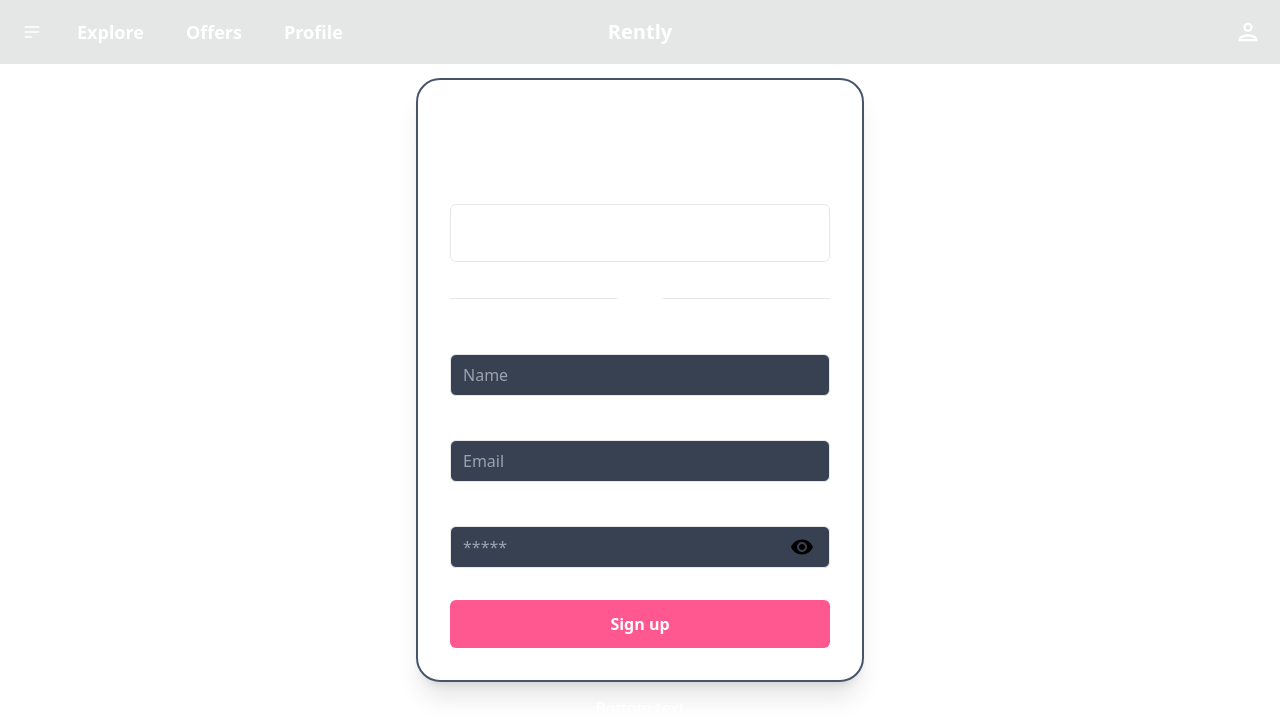
Repository: Vasil1001/rently-reactjs
Page: /register
An editor plug-in stored every save of this project. The page is shown before and after a run of saves, followed by the edit.
The browser window is 1280 px wide. The pictures show the whole page.
The project was rebuilt for these pictures with package versions that can differ from the ones it lists, and the page was loaded fresh each time. Also part of the build but not shown: vite.config.js, src/pages/auth/Login.jsx, src/pages/auth/ForgotPassword.jsx, src/pages/auth/Profile.jsx, src/pages/Explore.jsx, src/pages/Offers.jsx.

Above is the page before, as saved 2023-02-11 23:52:34.

### index.html
<!DOCTYPE html>
<html lang="en">
  <head>
    <meta charset="UTF-8" />
    <link rel="icon" type="image/svg+xml" href="./public/favicon.ico" />
    <meta name="viewport" content="width=device-width, initial-scale=1.0" />
    <title>Rently Marketplace</title>
  </head>
  <body>
    <div id="root"></div>
    <script type="module" src="/src/main.jsx"></script>
  </body>
</html>

### src/App.jsx
import "./index.css";
import Login from "./pages/auth/Login";
import { BrowserRouter as Router, Routes, Route } from "react-router-dom";
import ForgotPassword from "./pages/auth/ForgotPassword";
import Profile from "./pages/auth/Profile";
import Explore from "./pages/Explore";
import Offers from "./pages/Offers";
import Register from "./pages/auth/Register";
import Navbar from "./components/Navbar";
import { ToastContainer } from "react-toastify";
import "react-toastify/dist/ReactToastify.css";
function App() {
  return (
    <>
      <Router>
        <div className="flex flex-col min-h-screen items-center text-white justify-between dark:bg-[#1a1b1e]">
          <Navbar />

          <Routes>
            <Route path="/" element={<Explore />} />
            <Route path="/login" element={<Login />} />
            <Route path="/register" element={<Register />} />
            <Route path="/forgot-password" element={<ForgotPassword />} />
            <Route path="/profile" element={<Profile />} />
            <Route path="/offers" element={<Offers />} />
          </Routes>

          <div>Bottom text</div>
        </div>
      </Router>

      <ToastContainer
        position="top-center"
        autoClose={4500}
        hideProgressBar={false}
        newestOnTop={false}
        closeOnClick
        rtl={false}
        pauseOnFocusLoss
        draggable
        pauseOnHover
        theme="light"
      />
    </>
  );
}

export default App;

### src/index.css
@tailwind base;
@tailwind components;
@tailwind utilities;

body {
    background-color: (60,50,10);
}

### src/pages/auth/Register.jsx
import React, { useState } from "react";
import { Link, useNavigate } from "react-router-dom";
import visibilityIcon from "../../assets/svg/visibilityIcon.svg";
import {
  getAuth,
  createUserWithEmailAndPassword,
  updateProfile,
} from "firebase/auth";
import { db } from "../../firebase.config";
import { setDoc, serverTimestamp } from "firebase/firestore";
import { toast } from 'react-toastify'

export default function Register() {
  const [showPassword, setShowPassword] = useState(false);
  const [formData, setFormData] = useState({
    name: "",
    email: "",
    password: "",
  });
  const { name, email, password } = formData;
  const navigate = useNavigate();
  const onChange = (e) => {
    setFormData(() => ({
      ...formData,
      [e.target.id]: e.target.value,
    }));
  };

  const onSubmit = async (e) => {
    e.preventDefault()

    try {
      const auth = getAuth()

      const userCredential = await createUserWithEmailAndPassword(
        auth,
        email,
        password
      )

      const user = userCredential.user

      updateProfile(auth.currentUser, {
        displayName: name,
      })

      const formDataCopy = { ...formData }
      delete formDataCopy.password
      formDataCopy.timestamp = serverTimestamp()
      navigate('/')
      await setDoc(doc(db, 'users', user.uid), formDataCopy)


    } catch (error) {
      toast.error("Something went wrong with registration")
    }
  }

  return (
    <div className="w-full max-w-md p-4 rounded-3xl border-2 border-slate-600 shadow-xl  sm:p-8 dark:bg-base-300 dark:text-gray-100">
      <h2 className="mb-3 text-3xl font-semibold text-center">Sign up</h2>
      <p className="text-sm text-center dark:text-gray-300">
        Already have an account?&nbsp;&nbsp;&nbsp;
        <Link to="/login">
          <span className="focus:underline hover:underline ">Sign in here</span>
        </Link>
      </p>

      <div className="my-6 space-y-4">
        <button
          aria-label="Login with Google"
          type="button"
          className="flex items-center justify-center hover:bg-[#1e2d58] w-full p-4 space-x-4 border rounded-md focus:ring-2 focus:ring-offset-1 dark:border-gray-400 focus:ring-violet-400"
        >
          <svg
            xmlns="http://www.w3.org/2000/svg"
            viewBox="0 0 32 32"
            className="w-5 h-5 fill-current"
          >
            <path d="M16.318 13.714v5.484h9.078c-0.37 2.354-2.745 6.901-9.078 6.901-5.458 0-9.917-4.521-9.917-10.099s4.458-10.099 9.917-10.099c3.109 0 5.193 1.318 6.38 2.464l4.339-4.182c-2.786-2.599-6.396-4.182-10.719-4.182-8.844 0-16 7.151-16 16s7.156 16 16 16c9.234 0 15.365-6.49 15.365-15.635 0-1.052-0.115-1.854-0.255-2.651z"></path>
          </svg>
          <p>Sign up with Google</p>
        </button>
      </div>

      <div className="flex items-center w-full my-4">
        <hr className="w-full dark:text-gray-400" />
        <p className="px-3 dark:text-gray-400">OR</p>
        <hr className="w-full dark:text-gray-400" />
      </div>

      <form
        onSubmit={onSubmit}
        className="space-y-8 ng-untouched ng-pristine ng-valid"
      >
        <div className="space-y-4">
          <div className="space-y-2">
            <label htmlFor="name" className="block text-sm">
              Name
            </label>
            <input
              type="text"
              id="name"
              placeholder="Name"
              value={name}
              onChange={onChange}
              className="w-full px-3 py-2 border rounded-md dark:border-gray-700  dark:text-gray-100 focus:dark:border-violet-400 bg-gray-700 hover:bg-gray-600"
            />
          </div>
          <div className="space-y-2">
            <label htmlFor="email" className="block text-sm">
              Email address
            </label>
            <input
              type="email"
              id="email"
              placeholder="Email"
              value={email}
              onChange={onChange}
              className="w-full px-3 py-2 border rounded-md dark:border-gray-700  dark:text-gray-100 focus:dark:border-violet-400 bg-gray-700 hover:bg-gray-600"
            />
          </div>

          <div className="space-y-2 relative">
            <div className="flex justify-between">
              <label htmlFor="password" className="text-sm">
                Password
              </label>
            </div>
            <div className="flex ">
              <input
                type={showPassword ? "text" : "password"}
                id="password"
                placeholder="*****"
                value={password}
                onChange={onChange}
                className="w-full px-3 py-2 border rounded-md dark:border-gray-700 dark:text-gray-100 focus:dark:border-violet-400 bg-gray-700 hover:bg-gray-600"
              ></input>
              <div className="absolute inset-y-0 right-0 pr-4 pt-7 flex items-center text-sm leading-5">
                <img
                  src={visibilityIcon}
                  alt="show password"
                  className="showPassword fill-cyan-500 pointer fill-white cursor-pointer"
                  onClick={() => setShowPassword((prevState) => !prevState)}
                />
              </div>
            </div>
          </div>
        </div>
        <button
          className="w-full px-8 py-3 font-semibold rounded-md text-white  bg-[#ff578f] dark:text-gray-900 hover:bg-[#ee7bf8]"
        >
          Sign up
        </button>
      </form>

      <div>
        <header></header>
      </div>
    </div>
  );
}

### src/components/Navbar.jsx
import React from "react";
import { useNavigate, useLocation } from "react-router-dom";
import { ReactComponent as OfferIcon } from "../assets/svg/localOfferIcon.svg";
import { ReactComponent as ExploreIcon } from "../assets/svg/exploreIcon.svg";
import { ReactComponent as PersonOutlineIcon } from "../assets/svg/personOutlineIcon.svg";

export default function Navbar() {
  const navigate = useNavigate();
  const location = useLocation();

  const pathMatchRoute = (route) => {
    if (route === location.pathname) return true;
  };

  return (
    <div className="navbar bg-base-300">
      <div className="navbar-start">
        <div className="dropdown ">
          <label tabIndex={0} className="btn btn-ghost btn-circle">
            <svg
              xmlns="http://www.w3.org/2000/svg"
              className="h-5 w-5"
              fill="none"
              viewBox="0 0 24 24"
              stroke="currentColor"
            >
              <path
                strokeLinecap="round"
                strokeLinejoin="round"
                strokeWidth="2"
                d="M4 6h16M4 12h16M4 18h7"
              />
            </svg>
          </label>
          <ul
            tabIndex={0}
            className="menu dropdown-content compact mt-3 p-2 shadow bg-base-100 rounded-box w-52"
          >
            <li>
              <a
                className={
                  pathMatchRoute("/")
                    ? "bg-[#2e5590] hover:bg-[#1b4584] mb-1"
                    : " mb-1 bg-base-300 hover:bg-[#3b414a] active:bg-[#2d4b73]"
                }
                onClick={() => navigate("/")}
              >
                <ExploreIcon
                  fill={pathMatchRoute("/") ? "#fec826" : "#9f9f9f"}
                  width="2em"
                  height="2em"
                />
                <p>Explore</p>
              </a>
            </li>
            <li>
              <a
                className={
                  pathMatchRoute("/offers")
                    ? "bg-[#2e5590] hover:bg-[#1b4584] my-1"
                    : " my-1 bg-base-300 hover:bg-[#3b414a] active:bg-[#2d4b73]"
                }
                onClick={() => navigate("/offers")}
              >
                <OfferIcon
                  fill={pathMatchRoute("/offers") ? "#fec826" : "#9f9f9f"}
                  width="2em"
                  height="2em"
                />
                Offers
              </a>
            </li>
            <li>
              <a
                className={
                  pathMatchRoute("/profile")
                    ? "bg-[#2e5590] hover:bg-[#1b4584] mt-1"
                    : "mt-1 bg-base-300 hover:bg-[#3b414a] active:bg-[#2d4b73]"
                }
                onClick={() => navigate("/profile")}
              >
                <PersonOutlineIcon
                  fill={pathMatchRoute("/profile") ? "#fec826" : "#9f9f9f"}
                  width="2em"
                  height="2em"
                />
                Profile
              </a>
            </li>
          </ul>
        </div>
        <a
          onClick={() => navigate("/")}
          className={
            pathMatchRoute("/")
              ? "bg-[#2e5590] hover:bg-[#1b4584] btn btn-link normal-case text-lg text-white mx-1 "
              : "mx-1 bg-base-300 btn btn-ghost normal-case text-lg"
          }
        >
          Explore
        </a>
        <a
          onClick={() => navigate("/offers")}
          className={
            pathMatchRoute("/offers")
              ? "bg-[#2e5590] hover:bg-[#1b4584] btn btn-link normal-case text-lg text-white mx-1 "
              : "mx-1 bg-base-300 btn btn-ghost normal-case text-lg"
          }
        >
          Offers
        </a>
        <a
          onClick={() => navigate("/profile")}
          className={
            pathMatchRoute("/profile")
              ? "bg-[#2e5590] hover:bg-[#1b4584] btn btn-link normal-case text-lg text-white mx-1 "
              : "mx-1 bg-base-300 btn btn-ghost normal-case text-lg"
          }
        >
          Profile
        </a>
      </div>

      <div className="navbar-center">
        <a className="btn btn-ghost normal-case text-xl">
          <strong>Rently</strong>
        </a>
      </div>
      <div className="navbar-end">
        <div className="dropdown dropdown-end">
          <label tabIndex={0} className="btn btn-ghost btn-circle avatar">
            <PersonOutlineIcon fill="white" width="2em" height="2em" />
          </label>
          <ul
            tabIndex={0}
            className="menu menu-compact dropdown-content mt-3 p-2 shadow bg-base-100 rounded-box w-52"
          >
            <li>
              <a
                className={
                  pathMatchRoute("/register")
                    ? "bg-[#2e5590] hover:bg-[#1b4584] mb-1"
                    : " mb-1 bg-base-300 hover:bg-[#3b414a] active:bg-[#2d4b73]"
                }
                onClick={() => navigate("/register")}
              >
                Register
              </a>
            </li>
            <li>
              <a
                className={
                  pathMatchRoute("/login")
                    ? "bg-[#2e5590] hover:bg-[#1b4584] my-1"
                    : " my-1 bg-base-300 hover:bg-[#3b414a] active:bg-[#2d4b73]"
                }
                onClick={() => navigate("/login")}
              >
                Login
              </a>
            </li>
            <li>
              <a
                className={
                  pathMatchRoute("/")
                    ? "bg-[#2e5590] hover:bg-[#1b4584] mt-1"
                    : " mt-1 bg-base-300 hover:bg-[#3b414a] active:bg-[#7e3838]"
                }
                onClick={() => navigate("/login")}
              >
                Logout
              </a>
            </li>
          </ul>
        </div>
      </div>
    </div>
  );
}

### src/firebase.config.jsx
// Import the functions you need from the SDKs you need
import { initializeApp } from "firebase/app";
// import { getAnalytics } from "firebase/analytics";
import { getFirestore } from "firebase/firestore"

const firebaseConfig = {
    apiKey: "AIzaSyAIVn3kGeBt8L8yVkdDgL3cKMAAQIxw_N4",
    authDomain: "rently-marketplace-react.firebaseapp.com",
    projectId: "rently-marketplace-react",
    storageBucket: "rently-marketplace-react.appspot.com",
    messagingSenderId: "586946782621",
    appId: "1:586946782621:web:f4f56399609b56f777bb74",
    measurementId: "G-BGCV802MTT"
};

// Initialize Firebase
const app = initializeApp(firebaseConfig);
// const analytics = getAnalytics(app);

export const db = getFirestore()

### tailwind.config.cjs
/** @type {import('tailwindcss').Config} */
module.exports = {
  content: [
    "./index.html",
    "./src/**/*.{js,ts,jsx,tsx}",
  ],
  theme: {
    extend: {},
  },
  plugins: [
    require("daisyui"),
  ],
}

Loaded but not shown: src/main.jsx (common file)

After the next 2 saves:
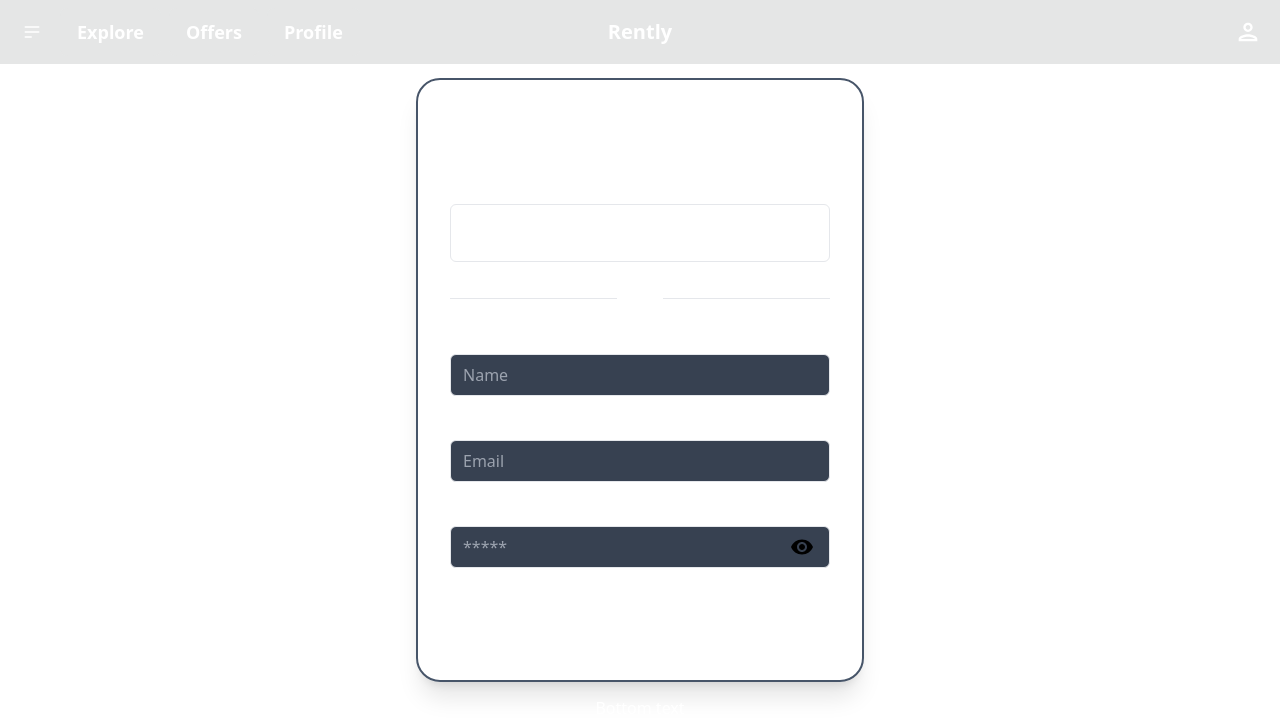
The 2 saves are shown as one change because they came seconds apart.
The last was saved 21 s later.
--- a/src/pages/auth/Register.jsx
+++ b/src/pages/auth/Register.jsx
@@ -148,7 +148,7 @@
           </div>
         </div>
         <button
-          className="w-full px-8 py-3 font-semibold rounded-md text-white  bg-[#ff578f] dark:text-gray-900 hover:bg-[#ee7bf8]"
+          className="w-full px-8 py-3 font-semibold rounded-md dark:bg-[#ec48fb] dark:text-gray-900 hover:bg-[#ee7bf8]"
         >
           Sign up
         </button>
